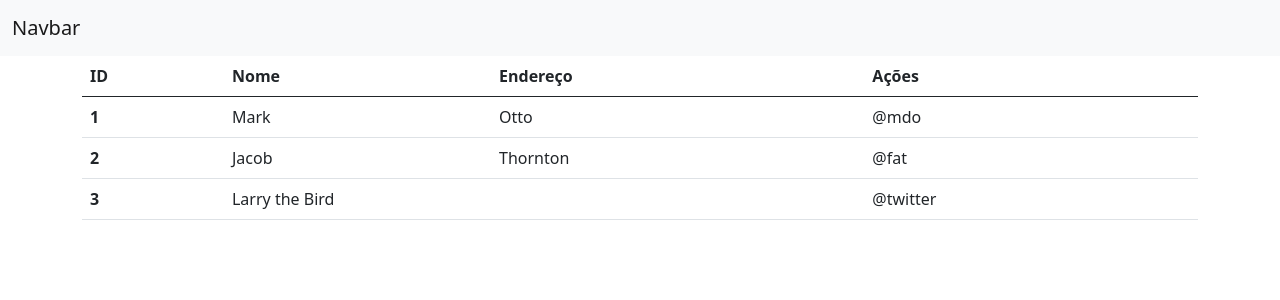
Repository: Luckycaat/eloquent-ORM
Page: http://localhost/clients
These files come from the project's save history. The page is drawn as it stood at one moment and after the next save; the edit follows.
The browser window is 1280 px wide. The pictures show the whole page.
The page is served by the project's Laravel application, run on PHP 8.4 with Laravel 9. Queries for data that is not in the repository find no rows.

Above is the page before, as saved 2022-09-20 14:45:59.

After the next save:
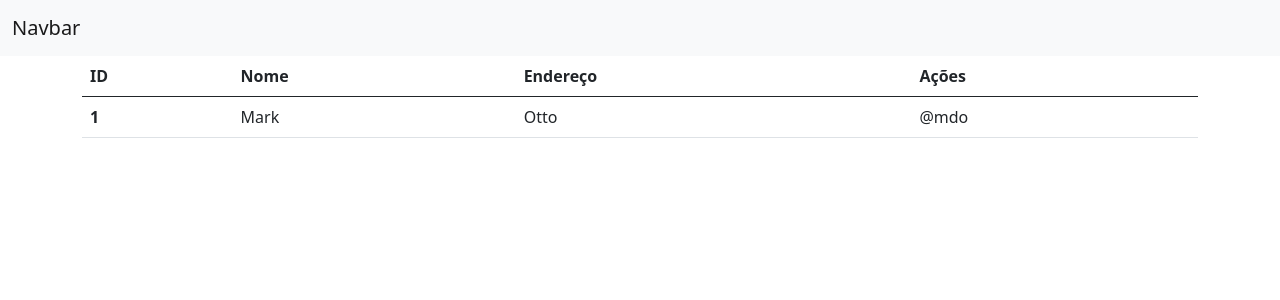
Saved 22 s later.
--- a/resources/views/clients/index.blade.php
+++ b/resources/views/clients/index.blade.php
@@ -37,17 +37,7 @@
                     <td>Otto</td>
                     <td>@mdo</td>
                 </tr>
-                <tr>
-                    <th scope="row">2</th>
-                    <td>Jacob</td>
-                    <td>Thornton</td>
-                    <td>@fat</td>
-                </tr>
-                <tr>
-                    <th scope="row">3</th>
-                    <td colspan="2">Larry the Bird</td>
-                    <td>@twitter</td>
-                </tr>
+
             </tbody>
         </table>
     </div>
